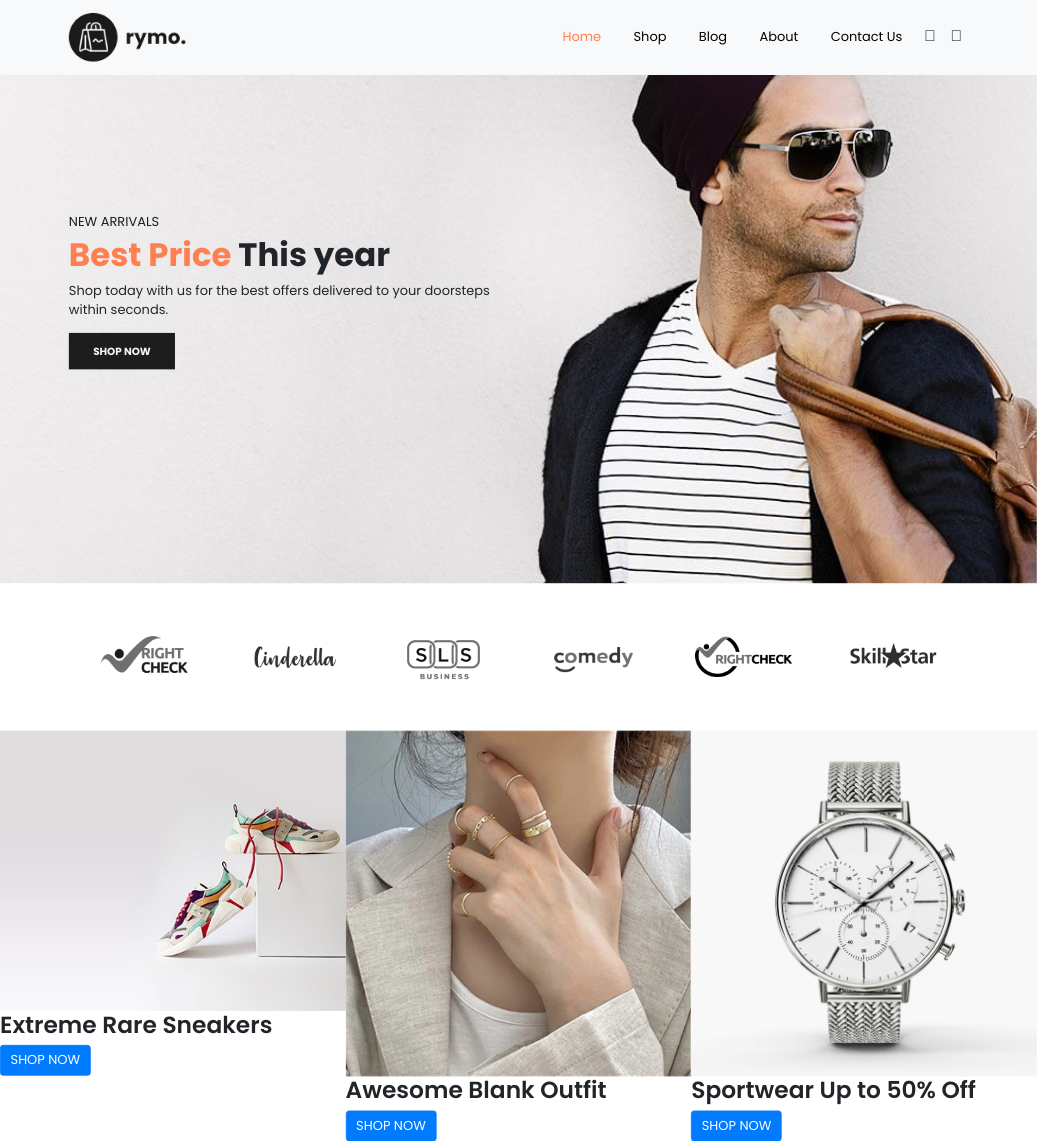
Repository: peter417waweru/e-commerce-UI
Page: index.html
The author's editor kept a copy of each file at every save. The page is drawn from the files as they stood at one save, then again after the next save.
The browser window is 1280 px wide. The pictures show the whole page, at 81% of full size.
Some web libraries are served in a nearby version.

Above is the page before, as saved 2025-02-07 21:19:02.

After the next save:
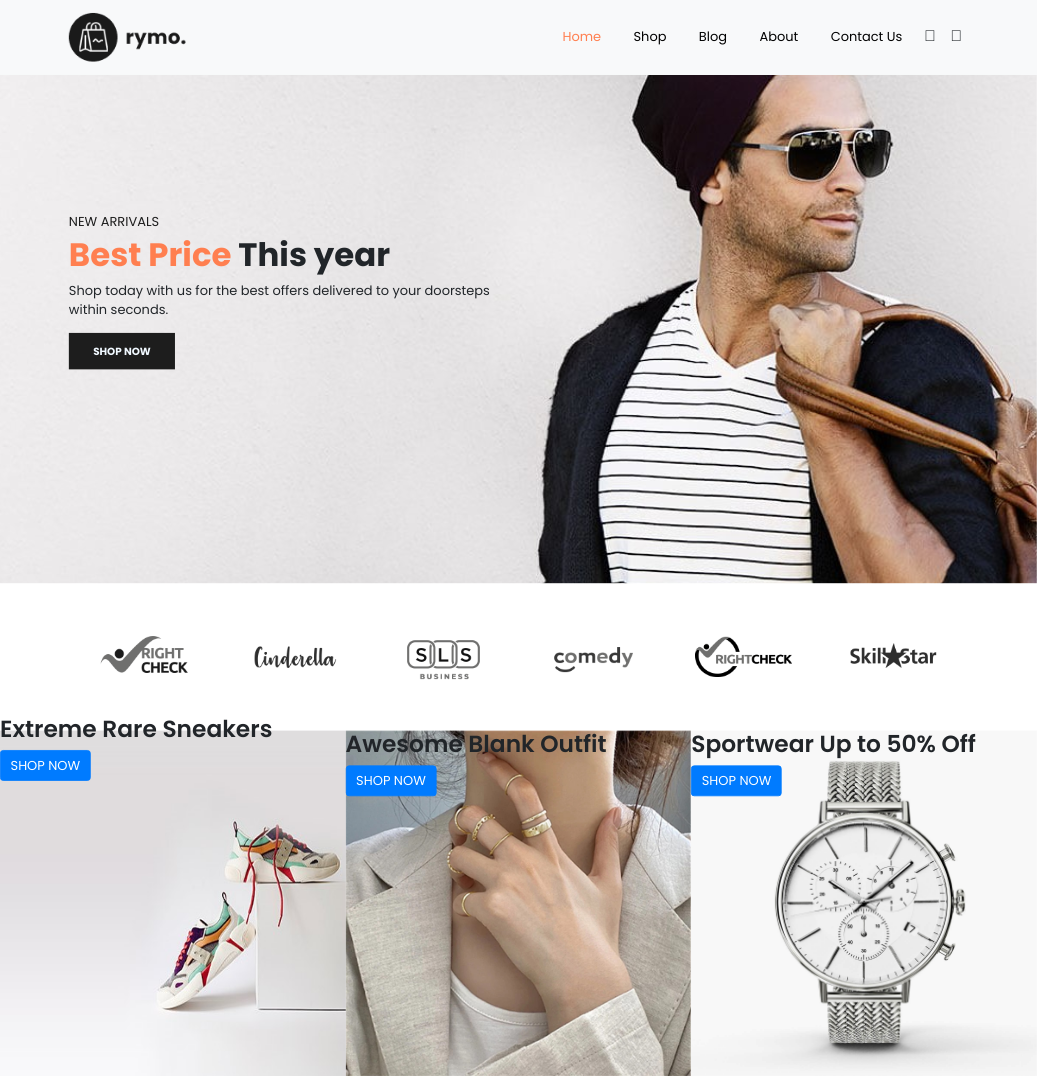
Saved 107 s later.
--- a/index.html
+++ b/index.html
@@ -77,21 +77,21 @@
 
         <section id="new" class="w-100">
           <div class="row p-0 m-0">
-            <div class="product-card col-lg-4 col-md-6 col-sm-12 p-0">
+            <div class="one col-lg-4 col-md-6 col-sm-12 p-0">
               <img class="img-fluid" src="img/new/1.jpg" alt="Extreme Rare Sneakers">
               <div class="details">
                 <h2>Extreme Rare Sneakers</h2>
                 <a href="#" class="btn btn-primary text-uppercase">Shop Now</a>
               </div>
             </div>
-            <div class="product-card col-lg-4 col-md-6 col-sm-12 p-0">
+            <div class="one col-lg-4 col-md-6 col-sm-12 p-0">
               <img class="img-fluid" src="img/new/5.jpg" alt="Awesome Blank Outfit">
               <div class="details">
                 <h2>Awesome Blank Outfit</h2>
                 <a href="#" class="btn btn-primary text-uppercase">Shop Now</a>
               </div>
             </div>
-            <div class="product-card col-lg-4 col-md-6 col-sm-12 p-0">
+            <div class="one col-lg-4 col-md-6 col-sm-12 p-0">
               <img class="img-fluid" src="img/new/3.jpg" alt="Sportwear up to 50% off">
               <div class="details">
                 <h2>Sportwear Up to 50% Off</h2>
